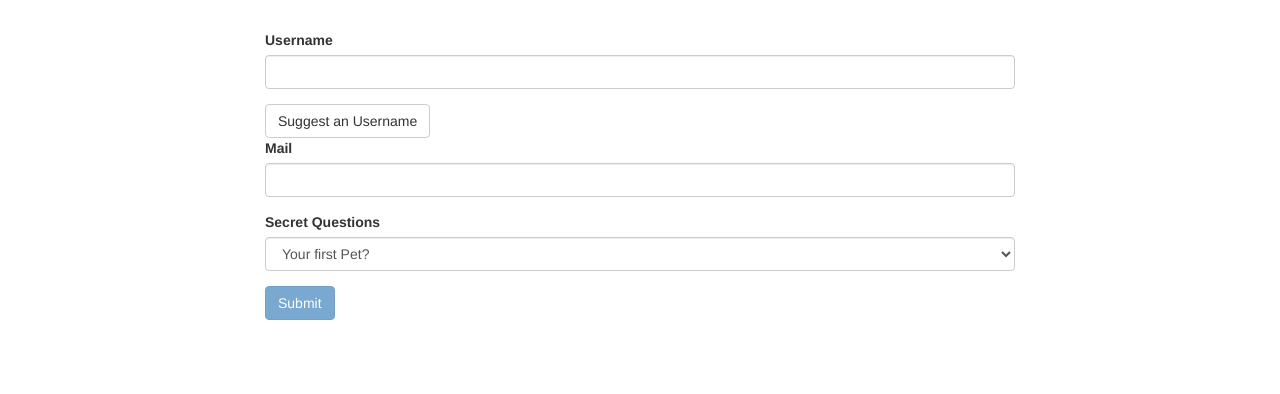
Repository: NikitasX/AngularCourse
Page: / (app in forms-start/)
An editor plug-in stored every save of this project. The page is shown before and after a run of saves, followed by the edit.
The browser window is 1280 px wide. The pictures show the whole page.
The project was rebuilt for these pictures with package versions that can differ from the ones it lists, and the page was loaded fresh each time. Also part of the build but not shown: forms-start/angular.json.

Above is the page before, as saved 2020-09-25 15:45:00.

### forms-start/src/app/app.component.ts
import { Component, ViewChild } from '@angular/core';
import { NgForm } from '@angular/forms';

@Component({
  selector: 'app-root',
  templateUrl: './app.component.html',
  styleUrls: ['./app.component.css']
})
export class AppComponent {
@ViewChild('f') signupForm:NgForm;
defaultQuestion = 'pet';

  suggestUserName() {
    const suggestedName = 'Superuser';
  }

  // onSubmit(form: NgForm) {
  //   console.log(form);
  // }

  onSubmit() {
    console.log(this.signupForm);
  }
}

### forms-start/src/app/app.component.html
<div class="container">
  <div class="row">
    <div class="col-xs-12 col-sm-10 col-md-8 col-sm-offset-1 col-md-offset-2">
      <form (ngSubmit)="onSubmit()" #f="ngForm">
        <div id="user-data">
          <div class="form-group">
            <label for="username">Username</label>
            <input
              type="text"
              id="username"
              class="form-control"
              ngModel
              name="username"
              required>
          </div>
          <button class="btn btn-default" type="button">Suggest an Username</button>
          <div class="form-group">
            <label for="email">Mail</label>
            <input
              type="email"
              id="email"
              class="form-control"
              ngModel
              name="email"
              required
              email
              #email="ngModel">
             <span
              class="help-block"
              *ngIf="!email.valid && email.touched">
                Please enter a valid email!
              </span>
          </div>
        </div>
        <div class="form-group">
          <label for="secret">Secret Questions</label>
          <select
            id="secret"
            class="form-control"
            [ngModel]="defaultQuestion"
            name="secret">
            <option value="pet">Your first Pet?</option>
            <option value="teacher">Your first teacher?</option>
          </select>
        </div>
        <div class="form-group">

        </div>
        <button
          class="btn btn-primary"
          type="submit"
          [disabled]="!f.valid">Submit</button>
      </form>
    </div>
  </div>
</div>

Loaded but not shown: forms-start/src/index.html (common file); forms-start/src/styles.css (common file); forms-start/src/main.ts (common file); forms-start/src/app/app.module.ts (common file); forms-start/src/environments/environment.ts (common file); forms-start/src/app/app.component.css (common file)

After the next 2 saves:
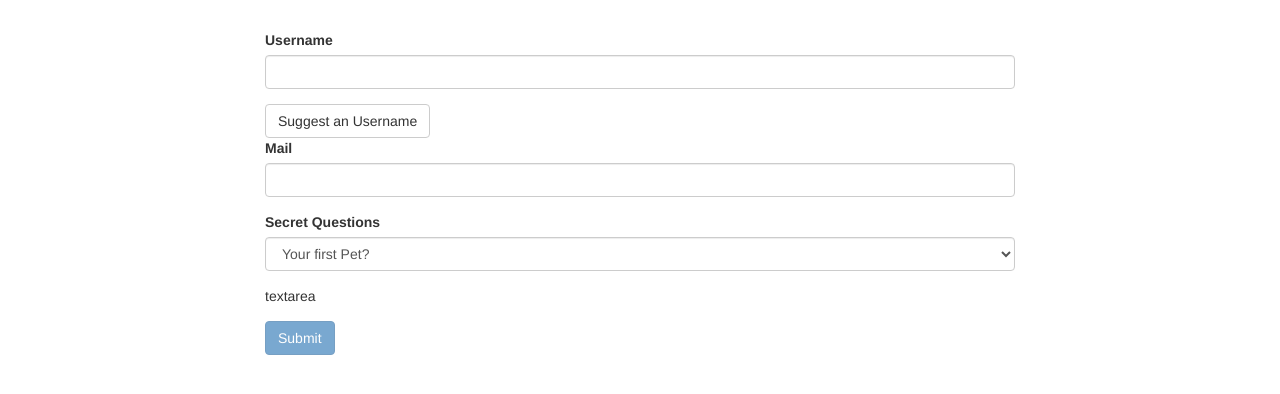
The 2 saves are shown as one change because they came seconds apart.
The last was saved 11 s later.
--- a/forms-start/src/app/app.component.html
+++ b/forms-start/src/app/app.component.html
@@ -44,7 +44,7 @@
           </select>
         </div>
         <div class="form-group">
-
+          textarea
         </div>
         <button
           class="btn btn-primary"
